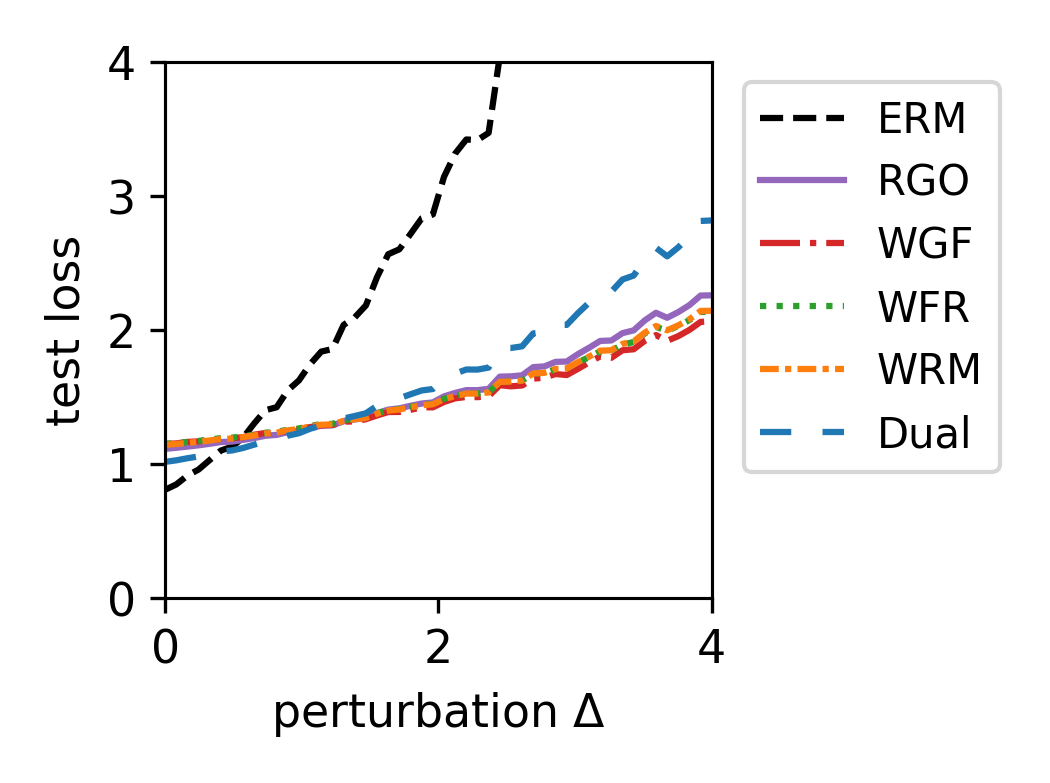
Repository: ZusenXu/GFS-DRO
Script's output: python uncertain_least_squares/uncertain_least_squares.py
These files come from the project's save history. The script's output is drawn as it stood at one moment and after the next save; the edit follows.
Random numbers start from a fixed seed.

Above is the script's output before, as saved 2025-09-13 21:01:36.

After the next save:
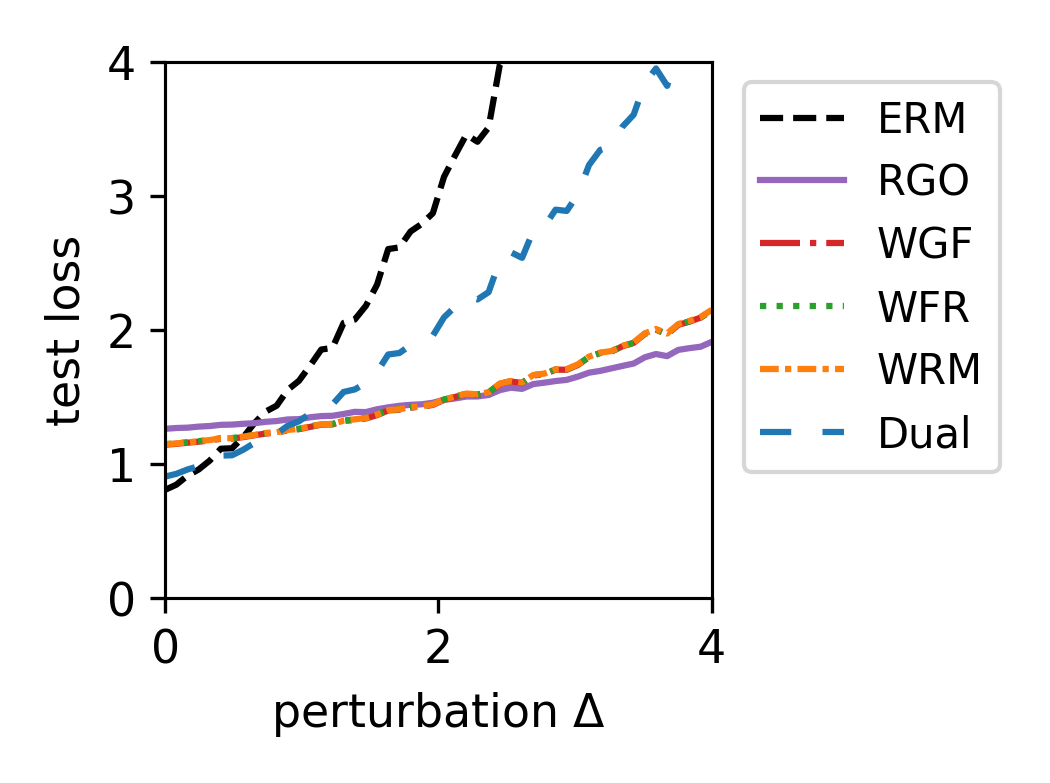
Saved 31 s later.
--- a/uncertain_least_squares/uncertain_least_squares.py
+++ b/uncertain_least_squares/uncertain_least_squares.py
@@ -20,8 +20,8 @@ DELTA_STEPS = 50
 # --- DRO 算法超参数 ---
 N_EPOCHS = 50 # 外部优化的迭代轮数
 LEARNING_RATE = 0.01 # 外部优化 theta 的学习率
-LAMBDA_VAL = 1.0 # 正则化参数 lambda
-EPSILON = 0.1 # 熵正则化参数 epsilon
+LAMBDA_VAL = 0.5 # 正则化参数 lambda
+EPSILON = 0.01 # 熵正则化参数 epsilon
 GRAD_CLIP_THRESHOLD = 10.0 # 梯度裁剪阈值，防止梯度爆炸
 
 # RGO (算法2) 特定参数
